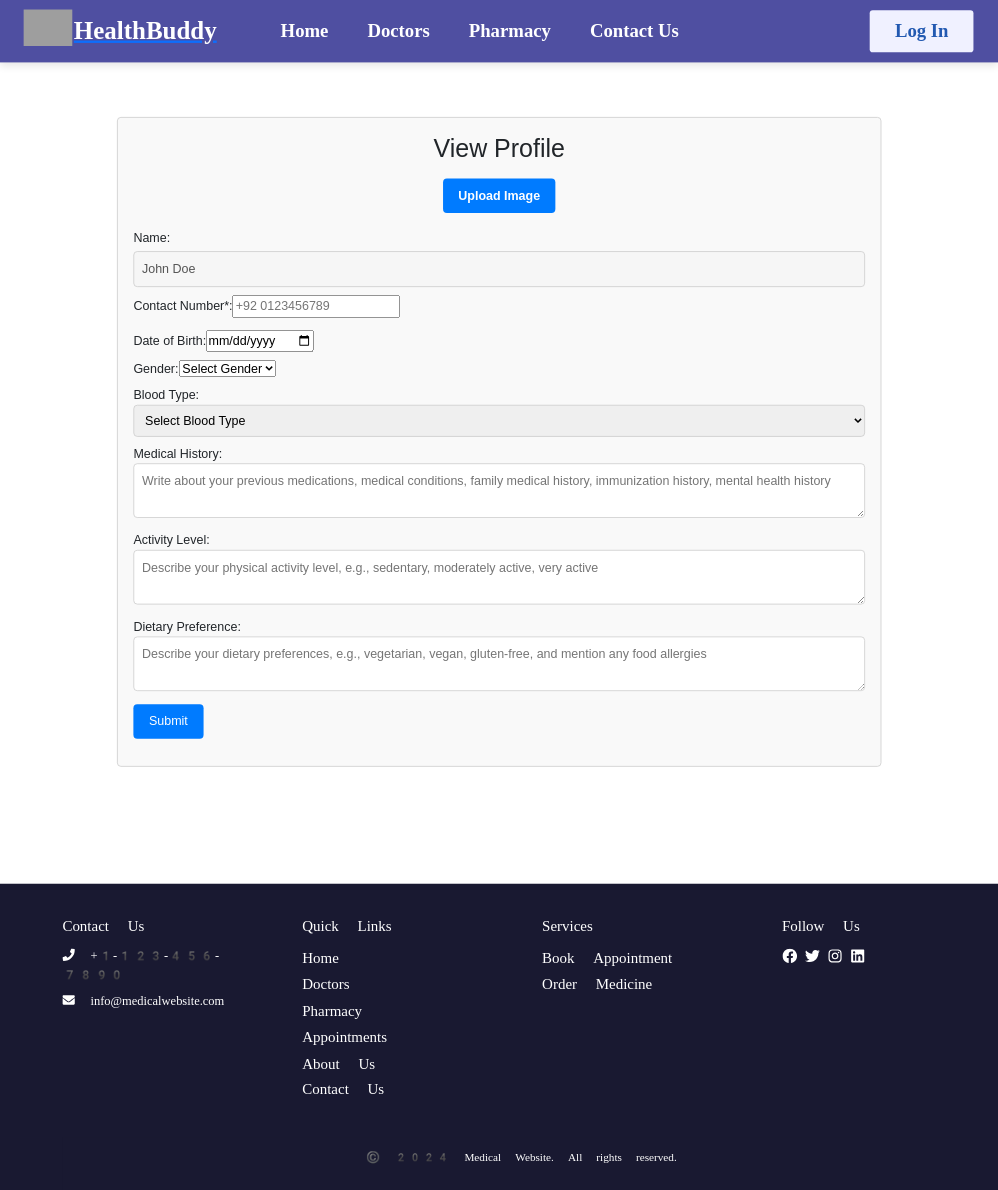
Repository: WajihaGul/MedicalApp-Frontend
Page: /view-patient-profile
The author's editor kept a copy of each file at every save. The page is drawn from the files as they stood at one save, then again after the next save.
The browser window is 1280 px wide. The pictures show the whole page, at 78% of full size.
Pictures or frames that could not be fetched are drawn as grey boxes. The project was rebuilt for these pictures with package versions that can differ from the ones it lists, and the page was loaded fresh each time. Also part of the build but not shown: vite.config.js, src/index.css, src/App.css, src/Components/Accomplishments/Accomplishments.module.css, src/Components/Accomplishments/Accomplishments.jsx, src/Components/Experience/Experience.module.css, src/Components/Experience/Experience.jsx, src/Components/LandingPage/LandingPage.module.css and 47 more.

Above is the page before, as saved 2024-06-09 17:22:47.

After the next save:
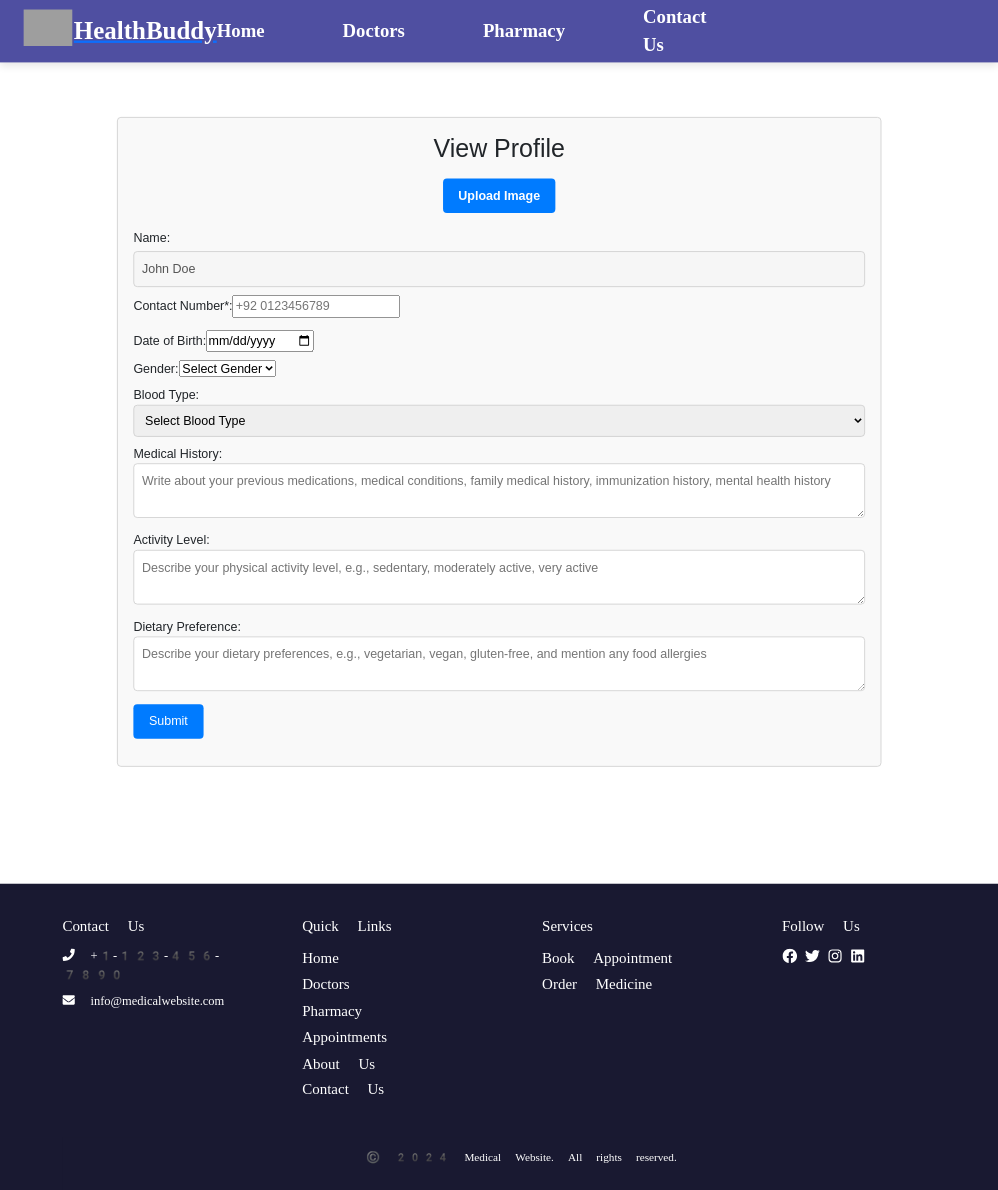
Saved 7 min 55 s later.
--- a/src/Components/NavigationBar/Navbar.module.css
+++ b/src/Components/NavigationBar/Navbar.module.css
@@ -16,8 +16,8 @@ nav {
 .allnav {
 display: flex;
 align-items: center;
-gap: 50px;
-margin-right: 190px;
+gap: 100px;
+padding-right: 387px;
 }
 
 .navLinks {
